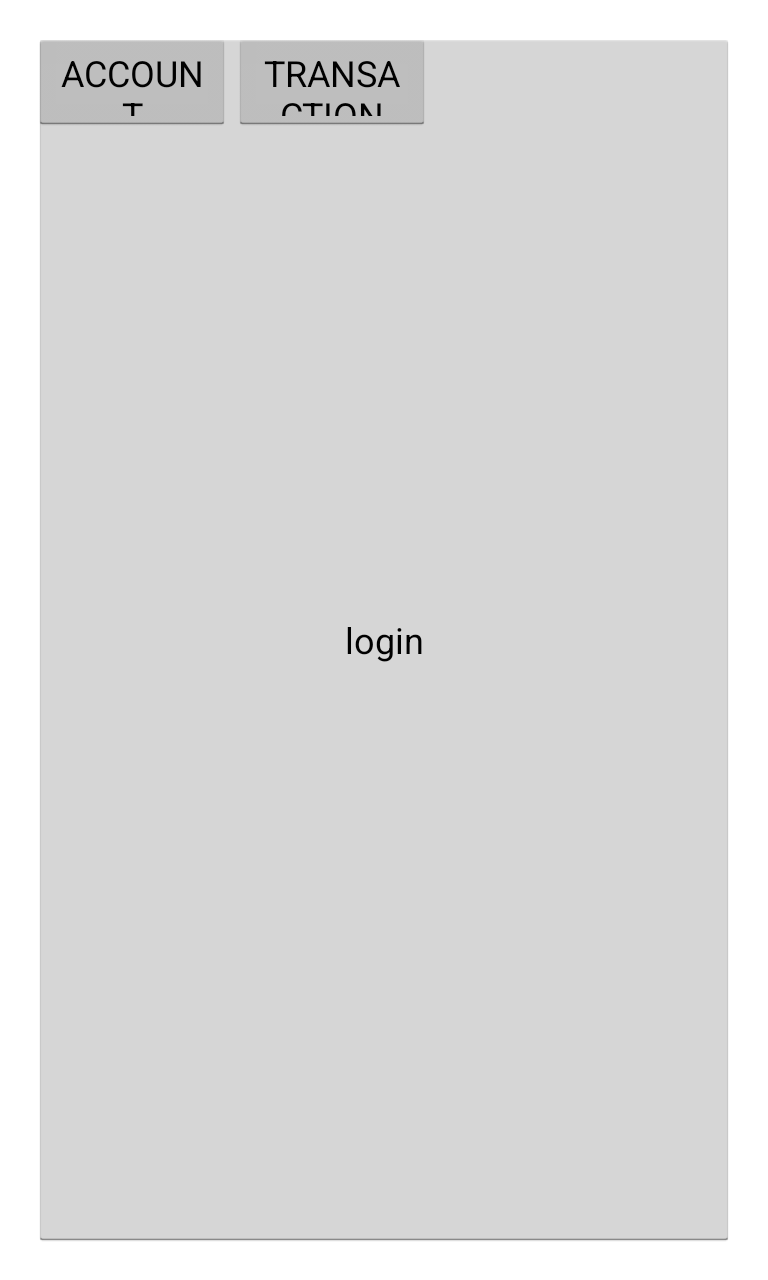
Repository: arjuntheprogrammer/iact
Layout: iact/iact android practice/mywork/tabhost/res/layout/activity_main.xml
These files come from the project's save history. The layout is drawn as it stood at one moment and after the next save; the edit follows.
It is drawn on a 768 x 1280 px phone screen (xhdpi) without system bars, with theme AppTheme; the app's code is not run.

Above is the layout before, as saved 2016-01-05 10:53:44.

After the next save:
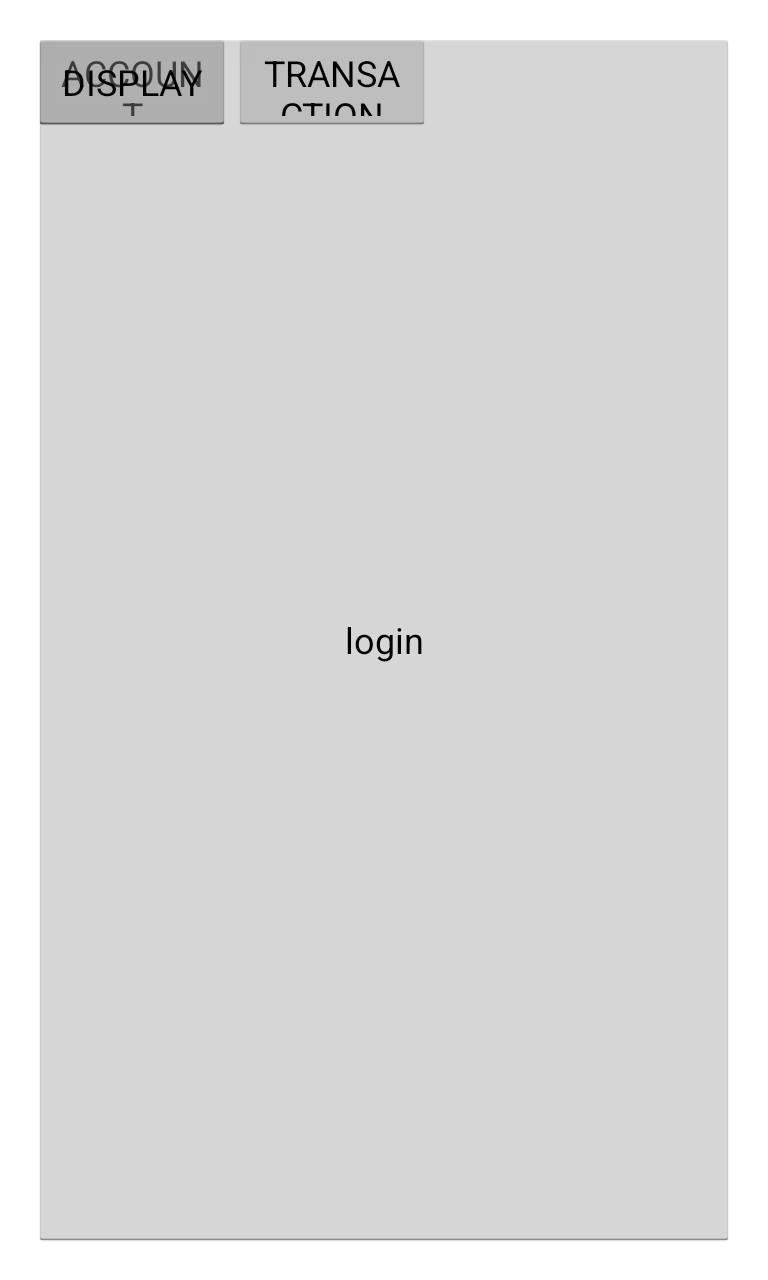
Saved 18 s later.
--- a/iact/iact android practice/mywork/tabhost/res/layout/activity_main.xml
+++ b/iact/iact android practice/mywork/tabhost/res/layout/activity_main.xml
@@ -81,6 +81,12 @@
                     android:id="@+id/tab3"
                     android:layout_width="match_parent"
                     android:layout_height="match_parent" >
+                 <Button
+                    android:id="@+id/b6"
+                    android:text="DISPLAY"
+                    android:layout_width="100dp"
+                    android:layout_height="50dp"
+                    />
                 </LinearLayout>
             </FrameLayout>
         </LinearLayout>
